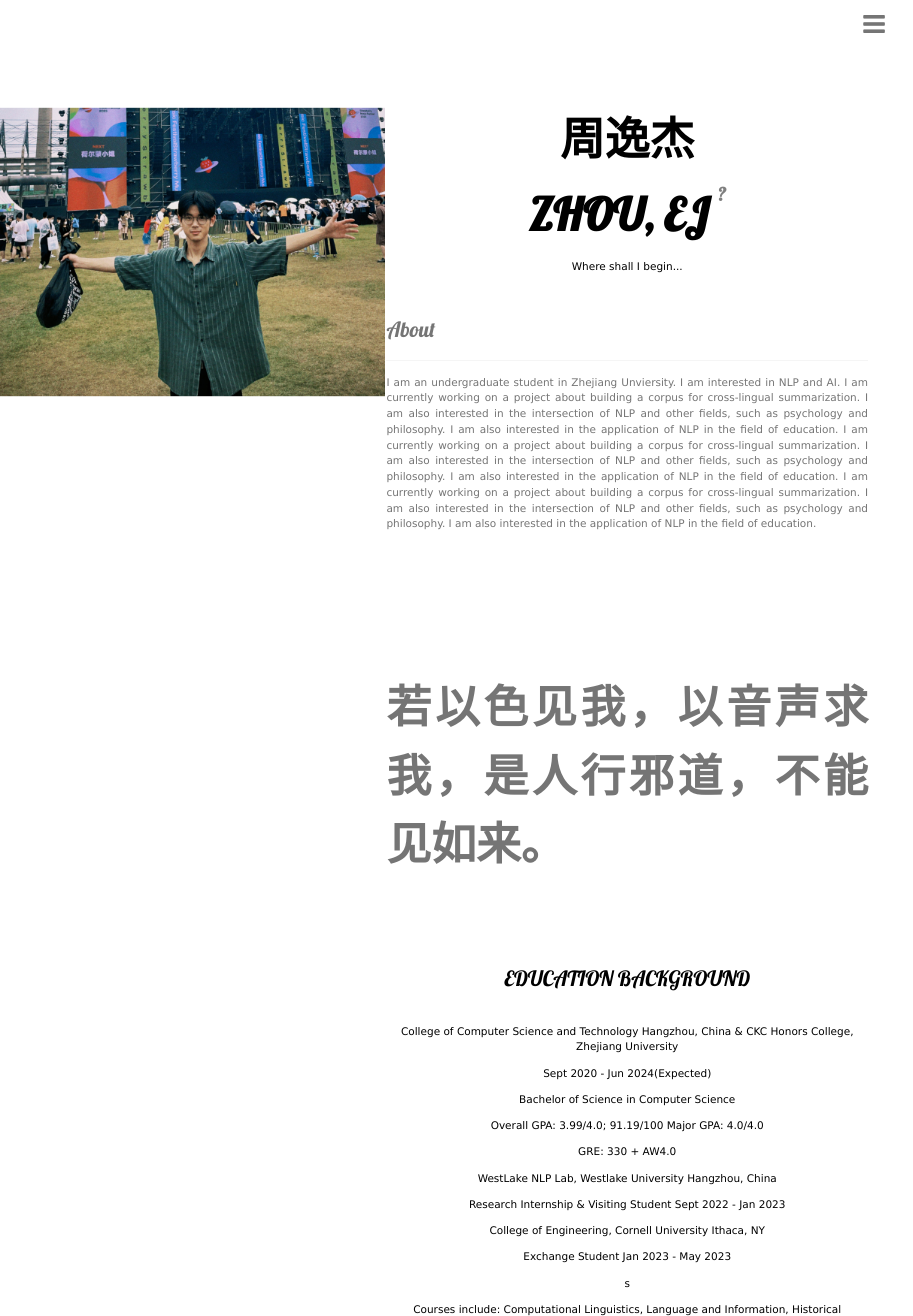
Repository: Ej-zhou/ej-zhou.github.io
Page: index.html
These files come from the project's save history. The page is drawn as it stood at one moment and after the next save; the edit follows.
The browser window is 1280 px wide. The page is 1304 px wide, so the pictures cover 1304 px, including what lies to the right of the window. The pictures show the part of the page from y = 0 to 1880 px (the page is 6374 px tall), at 70% of full size.
Some web fonts or font styles are not loaded; a fallback is used.

Above is the page before, as saved 2023-08-12 15:07:01.

### index.html
<!DOCTYPE html>

<html>
<head>
<title>
     Zhou, Ej
    </title>
<meta charset="utf-8"/>
<meta content="width=device-width, initial-scale=1" name="viewport"/>
<link href="https://www.w3schools.com/w3css/4/w3.css" rel="stylesheet"/>
<link href="https://fonts.googleapis.com/css?family=Lobster" rel="stylesheet"/>
<link href="https://cdnjs.cloudflare.com/ajax/libs/font-awesome/4.7.0/css/font-awesome.min.css" rel="stylesheet"/>
<link href="https://fonts.googleapis.com/css2?family=Noto+Sans+SC&amp;display=swap" rel="stylesheet"/>
<style>
     /* body, h1, h2, h3, h4, h5, h6 {font-family: "Lobster", sans-serif} */
     h1, h2, h3, h4, h5, h6 {font-family: "Lobster", sans-serif}
     .w3-row-padding img {margin-bottom: 12px}
     /* .bgimg {
       background-position: center;
       background-repeat: no-repeat;
       background-size: cover;
       background-image: url('https://www.w3schools.com/w3images/profile_girl.jpg');
       min-height: 100%;
     } */
    @font-face {
      font-family: 'YanShiFoXiTi';
      src: url('fonts/YanShiFoXiTi/Slidefu-Regular-2.ttf'); /* Change the extension to match your file */
    }

    @font-face {
    font-family: 'Aakar Regular';
    src: url('fonts/Aakar Regular/Aakar Regular.ttf') format('truetype'); /* Update the path if needed */
    }

    @font-face {
        font-family: 'vesper_libre';
        src: url("fonts/Vesper_Libre/VesperLibre-Bold.ttf");
    }

    @font-face {
        font-family: 'kalam';
        src: url("fonts/Kalam/Kalam-Bold.ttf");
    }


    @font-face {
        font-family: 'Kurale';
        src: url("fonts/Kurale/Kurale-Regular.ttf");
    }

    @font-face {
        font-family: "Tillana";
        src: url("fonts/Tillana/Tillana-Regular.ttf");
    }

     .chinese {
      font-family: 'YanShiFoXiTi', sans-serif;
    }

    .sanskrit {
        font-family: 'Tillana';
        font-size: 33px; /* Set the font size to your desired value */
        font-style: italic;
        font-weight: bold; /* Make the text bold */
        text-align: right; /* Center align the text */
        display: block; /* Make the span a block element to occupy the full width */
        margin: 10px 0; /* Add some margin to separate it from other elements */
        color: gray; /*Set the color to your preference*/
    }
  /* Other CSS rules */

    /* Style for the sidebar container */
    .sidebar {
    width: 600px; /* Same as the desired image width */
    position: fixed; /* Fixed position */
    top: 0; /* Align with the top of the viewport */
    height: 100%; /* Full height */
    overflow: auto; /* Enable scrolling inside the sidebar */
    display: flex; /* Enable flexbox for centering */
    align-items: center; /* Center vertically */
    justify-content: center; /* Center horizontally */
    }

    /* Style for the image container */
    .image-container {
    width: 100%; /* Take up full width of the sidebar */
    text-align: left; /* Center the image horizontally */
    }



    .question-mark {
      cursor: pointer;
      font-weight: bold;
      color: gray; /* Change the color as needed */
      font-size: 40%; /* Adjust the font size to make it smaller */
      vertical-align: top; /* Display the question mark as a superscript */
    }

    .tooltip {
    display: none;
    position: absolute;
    background-color: #f9f9f9;
    padding: 5px;
    border: 1px solid #ccc;
    border-radius: 4px;
    box-shadow: 2px 2px 5px rgba(0, 0, 0, 0.1);
    font-size: 20%; /* Set to the desired font size */
    font-weight: normal; /* Set the font weight to normal */
    font-style: normal; /* Set the font style to normal */
    font-family: "Times New Roman", serif /* Set the desired font family */
    }


</style>
</head>
<!-- <body><div class="sidebar"><div class="image-container"><img alt="here should be a photo" height="400" src="pics/IMG_2185.JPG" width="600"/></div></div> -->
<body><div class="sidebar"><div class="image-container"><img alt="here should be a photo"  src="pics/photo.jpeg" width="550"/></div></div>
<!-- Sidebar with image -->
<!-- <nav class="w3-sidebar w3-hide-medium w3-hide-small" style="width:40%"> -->
<!-- <div class="bgimg"> -->
<!-- </div> -->
<!-- </nav> -->
<!-- Hidden Sidebar (reveals when clicked on menu icon)-->
<!-- <nav class="w3-sidebar w3-black w3-animate-right w3-xxlarge" id="mySidebar" style="display:none;padding-top:150px;right:0;z-index:2">
   <a class="w3-button w3-black w3-xxxlarge w3-display-topright" href="javascript:void(0)" onclick="closeNav()" style="padding:0 12px;">
    <i class="fa fa-remove">
    </i>
   </a>
   <div class="w3-bar-block w3-center">
    <a class="w3-bar-item w3-button w3-text-grey w3-hover-black" href="#" onclick="closeNav()">
     Home
    </a>
    <a class="w3-bar-item w3-button w3-text-grey w3-hover-black" href="#portfolio" onclick="closeNav()">
     Portfolio
    </a>
    <a class="w3-bar-item w3-button w3-text-grey w3-hover-black" href="#about" onclick="closeNav()">
     About
    </a>
    <a class="w3-bar-item w3-button w3-text-grey w3-hover-black" href="#contact" onclick="closeNav()">
     Contact
    </a>
   </div>
  </nav> -->

<!-- Page Content -->
<div class="w3-main w3-padding-large" style="margin-left:40%">
<!-- Menu icon to open sidebar -->
<span class="w3-button w3-top w3-white w3-xxlarge w3-text-grey w3-hover-text-black" onclick="openNav()" style="width:auto;right:0;">
<i class="fa fa-bars">
</i>
</span>
<!-- Header -->
<header class="w3-container w3-center" id="home" style="padding:128px 16px">

<h1 class="w3-jumbo">
    <b> <span class="chinese">周逸杰</span>           </b>
</h1>



<h1 class="w3-jumbo">
<b>
        ZHOU, EJ
      </b>
      <span class="question-mark">?</span>
      <span class="tooltip">
        My given name is <i>Yijie</i>, and my family name <i>Zhou</i>. <i>Ej</i> is my preferred name, and we put our family name in the front.
      </span>




</h1>
<p>
     Where shall I begin...
    </p>
<!-- <img class="w3-image w3-hide-large w3-hide-small w3-round" src="https://www.w3schools.com/w3images/profile_girl.jpg" style="display:block;width:60%;margin:auto;"/> -->
<!-- <img class="w3-image w3-hide-large w3-hide-medium w3-round" height="1333" src="https://www.w3schools.com/w3images/profile_girl.jpg" width="1000">
<button class="w3-button w3-light-grey w3-padding-large w3-margin-top">
<i class="fa fa-download">
</i>
      CV
    </button>
</img></header> -->
<!-- Portfolio Section -->
<!-- <div class="w3-padding-32 w3-content" id="portfolio">
    <h2 class="w3-text-grey">
     My Portfolio
    </h2>
    <hr class="w3-opacity"/> -->
<!-- Grid for photos -->
<!-- <div class="w3-row-padding" style="margin:0 -16px"> -->
<!-- <div class="w3-half">
      <img src="https://www.w3schools.com/w3images/wedding.jpg" style="width:100%"/>
      <img src="https://www.w3schools.com/w3images/rocks.jpg" style="width:100%"/>
      <img src="https://www.w3schools.com/w3images/sailboat.jpg" style="width:100%"/>
     </div>
     <div class="w3-half">
      <img src="https://www.w3schools.com/w3images/underwater.jpg" style="width:100%"/>
      <img src="https://www.w3schools.com/w3images/chef.jpg" style="width:100%"/>
      <img src="https://www.w3schools.com/w3images/wedding.jpg" style="width:100%"/>
      <img src="https://www.w3schools.com/w3images/p6.jpg" style="width:100%"/>
     </div> -->
<!-- End photo grid -->
<!-- </div> -->
<!-- End Portfolio Section -->
<!-- </div> -->
<!-- About Section -->
<div class="w3-content w3-justify w3-text-grey w3-padding-32" id="about">
<h2>
     About
    </h2>
<hr class="w3-opacity"/>
<p>
    I am an undergraduate student in Zhejiang Unviersity. I am interested in NLP and AI. I am currently working on a project about building a corpus for cross-lingual summarization. I am also interested in the intersection of NLP and other fields, such as psychology and philosophy. I am also interested in the application of NLP in the field of education. I am currently working on a project about building a corpus for cross-lingual summarization. I am also interested in the intersection of NLP and other fields, such as psychology and philosophy. I am also interested in the application of NLP in the field of education. I am currently working on a project about building a corpus for cross-lingual summarization. I am also interested in the intersection of NLP and other fields, such as psychology and philosophy. I am also interested in the application of NLP in the field of education.
    </p>
<h3 class="w3-padding-16">
<!-- My Skills
    </h3>
    <p class="w3-wide">
     Photography
    </p>
    <div class="w3-light-grey">
     <div class="w3-container w3-center w3-padding-small w3-dark-grey" style="width:95%">
      95%
     </div>
    </div>
    <p class="w3-wide">
     Web Design
    </p>
    <div class="w3-light-grey">
     <div class="w3-container w3-center w3-padding-small w3-dark-grey" style="width:85%">
      85%
     </div>
    </div>
    <p class="w3-wide">
     Photoshop
    </p>
    <div class="w3-light-grey">
     <div class="w3-container w3-center w3-padding-small w3-dark-grey" style="width:80%">
      80%
     </div>
    </div>
    <br/>
    <div class="w3-row w3-center w3-dark-grey w3-padding-16 w3-section">
     <div class="w3-quarter w3-section">
      <span class="w3-xlarge">
       14+
      </span> -->
<!-- <br/>
      Partners
     </div>
     <div class="w3-quarter w3-section">
      <span class="w3-xlarge">
       55+
      </span>
      <br/>
      Projects Done
     </div>
     <div class="w3-quarter w3-section">
      <span class="w3-xlarge">
       89+
      </span>
      <br/>
      Happy Clients
     </div>
     <div class="w3-quarter w3-section">
      <span class="w3-xlarge">
       150+
      </span>
      <br/>
      Meetings
     </div>
    </div>
    <button class="w3-button w3-light-grey w3-padding-large w3-section">
     <i class="fa fa-download">
     </i>
     Download Resume -->
<!-- </button> -->
<!-- Testimonials -->
<!-- <h3 class="w3-padding-24">
     My Reputation
    </h3>
    <img alt="Avatar" class="w3-left w3-circle w3-margin-right" src="https://www.w3schools.com/w3images/avatar_smoke.jpg" style="width:80px"/>
    <p>
     <span class="w3-large w3-text-black w3-margin-right">
      Chandler Bing.
     </span>
     Web Designer.
    </p>
    <p>
     Jane Doe is just awesome. I am so happy to have met her!
    </p>
    <br/>
    <img alt="Avatar" class="w3-left w3-circle w3-margin-right" src="https://www.w3schools.com/w3images/bandmember.jpg" style="width:80px"/>
    <p>
     <span class="w3-large w3-text-black w3-margin-right">
      Chris Fox.
     </span>
     CEO at Mighty Schools.
    </p>
    <p>
     Jane Doe saved us from a web disaster.
    </p>
    <br/>
    <img alt="Avatar" class="w3-left w3-circle w3-margin-right" src="https://www.w3schools.com/w3images/avatar_g2.jpg" style="width:80px"/>
    <p>
     <span class="w3-large w3-text-black w3-margin-right">
      Rebecca Flex.
     </span>
     CEO at Company.
    </p>
    <p>
     No one is better than Jane Doe.
    </p>
    <br/> -->
<!-- Grid for pricing tables -->
<!-- End About Section -->
<!-- </div> -->
<!--
  <script>
   // Open and close sidebar
function openNav() {
  document.getElementById("mySidebar").style.width = "60%";
  document.getElementById("mySidebar").style.display = "block";
}

function closeNav() {
  document.getElementById("mySidebar").style.display = "none";
}
  </script>
  <div class="w3-container w3-padding-64 w3-center"> -->

<br><br><br><br>
<h1 class="w3-jumbo">
    <b> <span class="chinese">若以色见我，以音声求我，是人行邪道，不能见如来。</span>           </b>
</h1>


<p>
</p>
</h3></div>
<div class="w3-container w3-padding-64 w3-center">
<h2>
    EDUCATION BACKGROUND
   </h2>
   <hr class="w3-opacity"/>
<p>
    College of Computer Science and Technology Hangzhou, China &amp; CKC Honors College, Zhejiang University
   </p>
<p>
    Sept 2020 - Jun 2024(Expected)
   </p>
<p>
    Bachelor of Science in Computer Science
   </p>
<p>
    Overall GPA: 3.99/4.0; 91.19/100 Major GPA: 4.0/4.0
   </p>
<p>
    GRE: 330 + AW4.0
   </p>
<p>
    WestLake NLP Lab, Westlake University Hangzhou, China
   </p>
<p>
    Research Internship &amp; Visiting Student Sept 2022 - Jan 2023
   </p>
<p>
    College of Engineering, Cornell University Ithaca, NY
   </p>
<p>
    Exchange Student Jan 2023 - May 2023
   </p>
s   <p>
    Courses include: Computational Linguistics, Language and Information, Historical Linguistics
   </p>
</div>



<div class="w3-container w3-padding-64 w3-center">
<h2>
    EXPERIENCE
   </h2>
<p>
    Hangzhou City Brain
   </p>
<p>
    Sept 2022 - Aug 2022
   </p>
<p>
    Internship Hangzhou, China
   </p>
<p>
    Assisted in the maintenance of the Integrated Resources System working on database systems.
   </p>
<p>
    Westlake University
   </p>
<p>
    Sept 2022 - Feb 2023
   </p>
<p>
    Project: Building ConvSumX, an XLS corpus
   </p>
<p>
    Hangzhou, China
   </p>
<p>
    Research Intern in WestLake NLP Lab Advisor: Yue Zhang
   </p>
<p>
    Spearheaded the Corpus-Annotation and Corpus-Evaluation team in the creation of the corpus.
   </p>
<p>
    Conducted experiments by fine-tuning mBART model using various corpora on NVIDIA A100 GPUs.
   </p>
<p>
    Delivered comprehensive analysis of both existing XLS corpora and experimental outcomes
   </p>
<p>
    Paper Writing
   </p>
<p>
    Cornell University
   </p>
<p>
    Feb 2023 - Apr 2023
   </p>
<p>
    Project: Persuasive Chatbot
   </p>
<p>
    Ithaca, NY
   </p>
<p>
    Developed an automated chatbot capable of detecting factual inaccuracies during conversations, and providing accurate information supported by evidence
   </p>
</div>



<div class="w3-container w3-padding-64 w3-center">
<h2>
    PUBLICATION
   </h2>
<p>
    [1] Yulong Chen, Huajian Zhang, Yijie Zhou, Xuefeng Bai, Yueguan Wang, Ming Zhong, Jianhao Yan, Yafu Li, Judy Li, Michael Zhu and Yue Zhang:
   </p>
<p>
    Revisiting Cross-Lingual Summarization: A Corpus-based Study and A New Benchmark with Improvement Annotation, submitted to ACL 2023
   </p>
</div>
<div class="w3-container w3-padding-64 w3-center">
<h2>
    AWARDS AND COMPETITIONS
   </h2>
<p>
    Zhejiang Lab Cup Global AI Competition, Third Prize
   </p>
<p>
    Oct 2021
   </p>
<p>
    Hangzhou, China
   </p>
<p>
    Zhejiang University Programming Contest, Third Prize
   </p>
<p>
    Oct 2021
   </p>
<p>
    Hangzhou, China
   </p>
</div>
<div class="w3-container w3-padding-64 w3-center">
<h2>
    SELECTED COURSE-WORKS
   </h2>
<p>
    Parallel Computing and Neural Networks
   </p>
<p>
    Jul 2021 - Aug 2021
   </p>
<p>
    Coursework for Integrate Practice for Courses I: Supercomputing; score 97/100
   </p>
<p>
    Enhanced GEMM performance by over 100x using OpenMP and MPI on a computing cluster.
   </p>
<p>
    Developed a CNN from scratch using PyTorch for handwriting recognition and object recognition.
   </p>
<p>
    Mini-SQL GitHub
   </p>
<p>
    May 2022 - Jun 2022
   </p>
<p>
    Coursework for Database System; score 98/100
   </p>
<p>
    Developed a compact single-user SQL engine (DBMS) supporting fundamental database operations and implemented an index-manager for record handling using a custom-designed B+-tree data structure.
   </p>
<p>
    Socket and Web-server
   </p>
<p>
    Oct 2022 - Dec 2022
   </p>
<p>
    Coursework for Computer Network; score 96/100
   </p>
<p>
    Developed a custom TCP-based communication protocol.
   </p>
<p>
    Constructed a lightweight web server capable of parsing HTTP protocol and accepting browser access without relying on any pre-built libraries.
   </p>
</div>
<div class="w3-container w3-padding-64 w3-center">
<h2>
    SKILLS
   </h2>
<p>
    Programming Skills: Python, C, C++, Verilog, etc.
   </p>
<p>
    Deep Learning Framework: Pytorch, Transformers, working with LLMs
   </p>
<p>
    Developer Tools: Git, GitHub, Linux, Anaconda, LaTeX, Docker
   </p>
<p>
    Others: SQL Language, Linux Kernel Programming, CUDA
   </p>
</div>
<div class="w3-container w3-padding-64 w3-center">
<h2>
    LANGUAGES
   </h2>
<p>
    Mandarin: Native mastery
   </p>
<p>
    Wu-Chinese: Native in oral speech
   </p>
<p>
    English: Proficient, TOEFL 110/120
   </p>
<p>
    French: Fluent, TFU 84/100
   </p>
<p>
    Japanese: Intermediate reading-comprehension, basic conversation
   </p>
<p>
    Beginner level in Cantonese and Spanish
   </p>
</div>
<div class="w3-container w3-padding-64 w3-center">
<h2>
    EXTRA-CURRICULAR ACTIVITIES
   </h2>
<p>
    My film reviews (link), An experimental short-film that I was in: In Some Nights. Tarkovsky and Wim Wenders
   </p>
<p>
    guqin and guitar
   </p>
</div>
<div class="w3-container w3-padding-64 w3-center">
<h2>
    AWARDS AND HONORS
   </h2>
<p>
    First-class Scholarship, Zhejiang University 2022/2021
   </p>
<p>
    Excellence Honors Scholarship, Zhejiang University 2021
   </p>
<p>
    Hengyi Scholarship 2021
   </p>
</div>

<!-- Contact Section -->


<!-- <div class="w3-padding-32 w3-content w3-text-grey" id="contact" style="margin-bottom:64px">
<h2>
       Contact Me
      </h2>
<hr class="w3-opacity"/>
<div class="w3-section">
<p>
<i class="fa fa-map-marker fa-fw w3-xxlarge w3-margin-right">
</i>
        New Haven, CT
       </p>
<p>
<i class="fa fa-phone fa-fw w3-xxlarge w3-margin-right">
</i>
        Phone: +1 (607) 327-2411 / +86 188-0671-8188
       </p>
<p>
<i class="fa fa-envelope fa-fw w3-xxlarge w3-margin-right">
</i>
        Email: e.j.zhou@zju.edu.cn / yz2876@cornell.edu
       </p> -->
<br><br><br><br>
<b> <span class="sanskrit">गते गते पारगते पारसंगते बोधि स्वाहा</span>           </b>


</div>
<!-- Image of location/map -->
<!-- <img class="w3-image w3-greyscale" src="https://www.w3schools.com/w3images/map.jpg" style="width:100%;margin:32px 0"/> -->
<!-- <p>
       Lets get in touch. Send me a message:
      </p> -->
<!-- <form action="/action_page.php" target="_blank"> -->
<!-- <p>
<input class="w3-input w3-padding-16 w3-border" name="Name" placeholder="Name" required="" type="text"/>
</p>
<p>
<input class="w3-input w3-padding-16 w3-border" name="Email" placeholder="Email" required="" type="text"/>
</p>
<p>
<input class="w3-input w3-padding-16 w3-border" name="Subject" placeholder="Subject" required="" type="text"/>
</p>
<p>
<input class="w3-input w3-padding-16 w3-border" name="Message" placeholder="Message" required="" type="text"/>
</p>
<p>
<button class="w3-button w3-light-grey w3-padding-large" type="submit">
<i class="fa fa-paper-plane">
</i>
         SEND MESSAGE
        </button>
</p> -->
<!-- </form> -->
<!-- End Contact Section -->


</div>



<!-- Footer. This section contains an ad for W3Schools Spaces. You can leave it to support us. -->

<footer class="w3-container w3-padding-64 w3-light-grey w3-center w3-opacity w3-xlarge" style="margin:-24px">
    <!-- <a href="https://www.facebook.com/yourusername" target="_blank"><i class="fa fa-facebook-official w3-hover-opacity"></i></a> -->
    <!-- <a href="https://www.instagram.com/yourusername" target="_blank"><i class="fa fa-instagram w3-hover-opacity"></i></a> -->
    <!-- <a href="https://www.snapchat.com/yourusername" target="_blank"><i class="fa fa-snapchat w3-hover-opacity"></i></a> -->
    <!-- <a href="https://www.pinterest.com/yourusername" target="_blank"><i class="fa fa-pinterest-p w3-hover-opacity"></i></a> -->
    <a href="https://twitter.com/ej_2876" target="_blank"><i class="fa fa-twitter w3-hover-opacity"></i></a>
    <a href="https://github.com/cyber-e-j" target="_blank"><i class="fa fa-github w3-hover-opacity"></i></a> <!-- GitHub Link -->
    <a href="https://www.linkedin.com/in/ej-zhou-1600a7264/" target="_blank"><i class="fa fa-linkedin w3-hover-opacity"></i></a>
    <!-- <a href="https://scholar.google.com/citations?authuser=1&user=e8yGb7IAAAAJ" target="_blank"><i class="fa-brands fa-google"></i></a> Google Scholar Link -->
    <a href="https://scholar.google.com/citations?authuser=1&user=e8yGb7IAAAAJ" target="_blank"><img width="24" height="24" src="https://img.icons8.com/material-two-tone/384/google-scholar.png" alt="google-scholar" class="w3-hover-opacity" /></a> <!-- Google Scholar Link -->

    <!-- Additional content -->
    <p class="w3-small">
      <!-- This website was made with W3schools Spaces. Make your own free website today! -->
    </p>
    <!-- <a class="w3-button w3-round-xxlarge w3-small w3-dark-grey" href="https://www.w3schools.com/spaces" target="_blank">
       Start now
      </a> -->
    <!-- End footer -->
  </footer>

</div>



<script>
    const questionMark = document.querySelector('.question-mark');
    const tooltip = document.querySelector('.tooltip');

    questionMark.addEventListener('mouseover', () => {
      tooltip.style.display = 'inline-block';
    });

    questionMark.addEventListener('mouseout', () => {
      tooltip.style.display = 'none';
    });

    // Optional: If you want to hide the tooltip when the mouse moves away from it, add the following code
    tooltip.addEventListener('mouseout', () => {
      tooltip.style.display = 'none';
    });
  </script>


</body>

  <!-- END PAGE CONTENT -->
  </html>

After the next save:
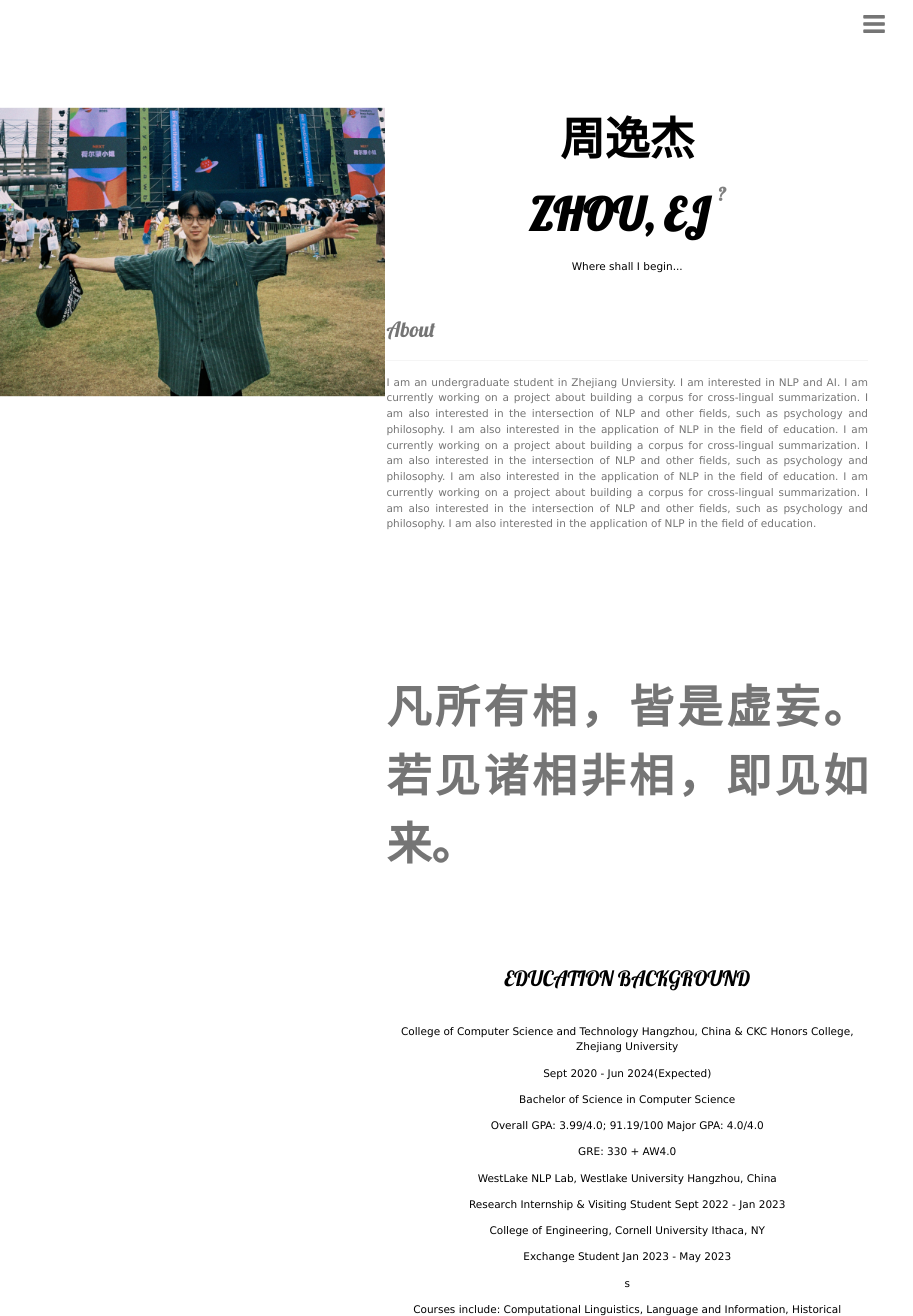
Saved 4 min 23 s later.
--- a/index.html
+++ b/index.html
@@ -334,7 +334,7 @@
 
 <br><br><br><br>
 <h1 class="w3-jumbo">
-    <b> <span class="chinese">若以色见我，以音声求我，是人行邪道，不能见如来。</span>           </b>
+    <b> <span class="chinese">凡所有相，皆是虚妄。若见诸相非相，即见如来。</span>           </b>
 </h1>
 
 
